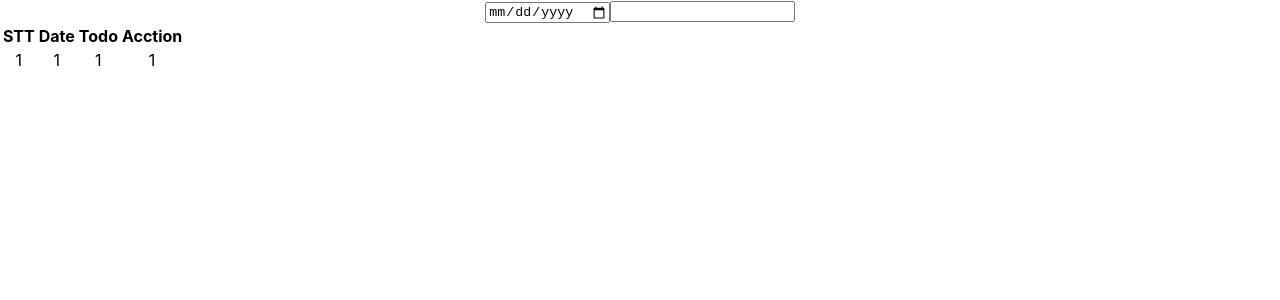
Repository: vanviet99/bietitmatit
Page: /
These files come from the project's save history. The page is drawn as it stood at one moment and after a run of saves; the edit follows.
The browser window is 1280 px wide. The pictures show the whole page.
The project was rebuilt for these pictures with package versions that can differ from the ones it lists, and the page was loaded fresh each time.

Above is the page before, as saved 2022-10-03 21:15:35.

### src/App.js

import React, { useState } from 'react';
import './App.css';
import data from './data';

function App() {
   const [list,setList] = useState(data)
  return (
    <div className="App">
     <React.Fragment>
     <div className="input-group mb-3">
     <input  type="date" className="form-control" aria-label="Sizing example input" aria-describedby="inputGroup-sizing-default"></input>
      <input  type="text" className="form-control" aria-label="Sizing example input" aria-describedby="inputGroup-sizing-default"></input>

    </div>
    <div>
    <table class="table">
  <thead>
    <tr>
      <th scope="col">STT</th>
      <th scope="col">Date</th>
      <th scope="col">Todo</th>
      <th scope="col">Acction</th>
    </tr>
  </thead>
  <tbody>
    <tr>
      <td>1</td>
      <td>1</td>
      <td>1</td>
      <td>1</td>
    </tr>
  </tbody>
</table>
    </div>
     </React.Fragment>
    </div>
  );
}

export default App;

### src/data.js
 let list = [
    {
        date: '2022/10/02', do: 'học react-js'
    },
    {
        date: '2022/10/03', do: 'học php'
    }
 ]

 export default list;

Loaded but not shown: src/index.js (common file); src/index.css (common file); src/reportWebVitals.js (common file); src/App.css (common file)

After the next 2 saves:
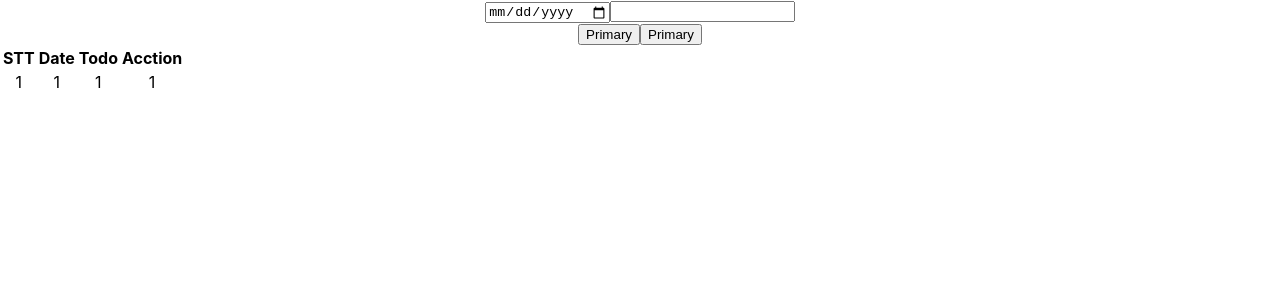
The 2 saves are shown as one change because they came seconds apart.
The last was saved 31 s later.
--- a/src/App.js
+++ b/src/App.js
@@ -11,8 +11,9 @@ function App() {
      <div className="input-group mb-3">
      <input  type="date" className="form-control" aria-label="Sizing example input" aria-describedby="inputGroup-sizing-default"></input>
       <input  type="text" className="form-control" aria-label="Sizing example input" aria-describedby="inputGroup-sizing-default"></input>
-
     </div>
+    <button type="button" class="btn btn-primary">Primary</button>
+    <button type="button" class="btn btn-primary">Primary</button>
     <div>
     <table class="table">
   <thead>
